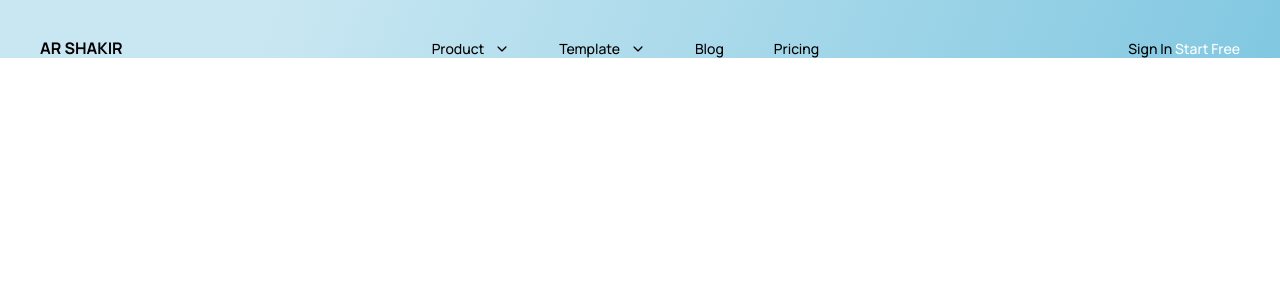
Repository: duongdori/ARShakir
Page: index.html
The author's editor kept a copy of each file at every save. The page is drawn from the files as they stood at one save, then again after the next save.
The browser window is 1280 px wide. The pictures show the whole page.

Above is the page before, as saved 2022-04-01 22:45:58.

After the next save:
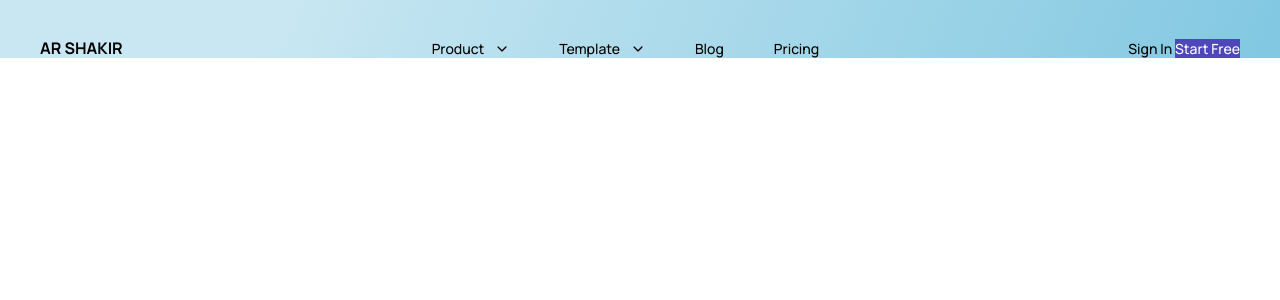
Saved 101 s later.
--- a/assets/css/main.css
+++ b/assets/css/main.css
@@ -112,5 +112,6 @@ body {
 .header-login-startfree{
     color: #fff;
     text-decoration: none;
+    background-color: #4F46BA;
 
 }
